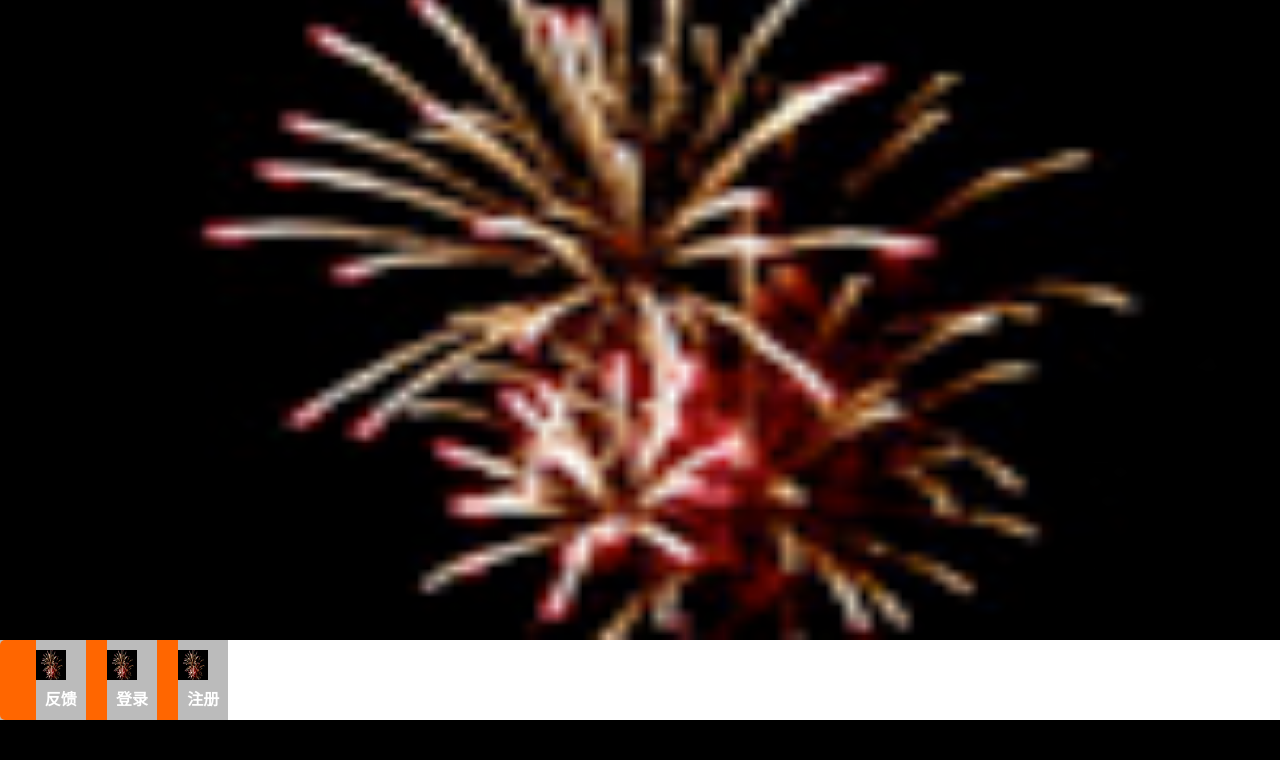
Repository: wangxinjun08231116/Html5Views
Page: WangXinJun/WebContent/htmls/QCF/shouye.html
An editor plug-in stored every save of this project. The page is shown before and after the next save, followed by the edit.
The browser window is 1280 px wide. The pictures show the whole page.

Above is the page before, as saved 2015-01-21 03:49:29.

### WangXinJun/WebContent/htmls/QCF/shouye.html
<!DOCTYPE HTML>
<html>
<head>
<meta http-equiv="Content-Type" content="text/html; charset=utf-8">
<title>test</title>
 <link href="/WangXinJun/css/QCF/shouye.css" rel="stylesheet" type="text/css"/>
</head>


<body>
<div class="container" >
        <img class = "image" src="/WangXinJun/images/js06/thumbnail_fireworks.jpg" >
        <div class="btContainer" >
		<div class="submit-div" >
					<a class="submit-btn">注册</a>
					<img class = "bottomImage" src="/WangXinJun/images/js06/thumbnail_fireworks.jpg" >

		</div>

		<div class="submit-div" >
			<a class="submit-btn">登录</a>
							<img class = "bottomImage" src="/WangXinJun/images/js06/thumbnail_fireworks.jpg" >

		</div>
		<div class="submit-div" >
			<a class="submit-btn">反馈</a>
							<img class = "bottomImage" src="/WangXinJun/images/js06/thumbnail_fireworks.jpg" >

		</div>



		</div>


</div>

</body>
</html>

### WangXinJun/WebContent/css/QCF/shouye.css

* {margin:0;padding:0;}

html{
	height:100%;width:100%;
}
body {height:100%;width:100%;background:#000;
}

.container {width:100%;height:100%;background:#fff;
	position:absolute;
}

.image{width:100%;height:100%;background:#ccc;
		position:absolute;
		bottom:80px;
}




.btContainer{width:214px;height:80px;background:#bbb;
	position:absolute;
	bottom:0px;
}

.submit-div {

    height:80px;
    background-color: #f60;
    border-radius: 5px;
    color: #fff;
    font-size: 16px;
    font-weight: bold;
    width:33.33%;
	float:right;
	color: #fff;
    font-size: 16px;
    text-align:center;
}

.bottomImage{width:30px;height:30px;background:#ccc;
	position:absolute;
	top:10px;
	text-align:center;

}

.submit-btn {
	//position:relative;
	position:absolute;
	width:50px;
    height:80px;
    line-height:120px;
    background-color: #bbb;
    color: #fff;
    font-size: 16px;
    font-weight: bold;
    font-size: 16px;
    text-align:center;

}

After the next save:
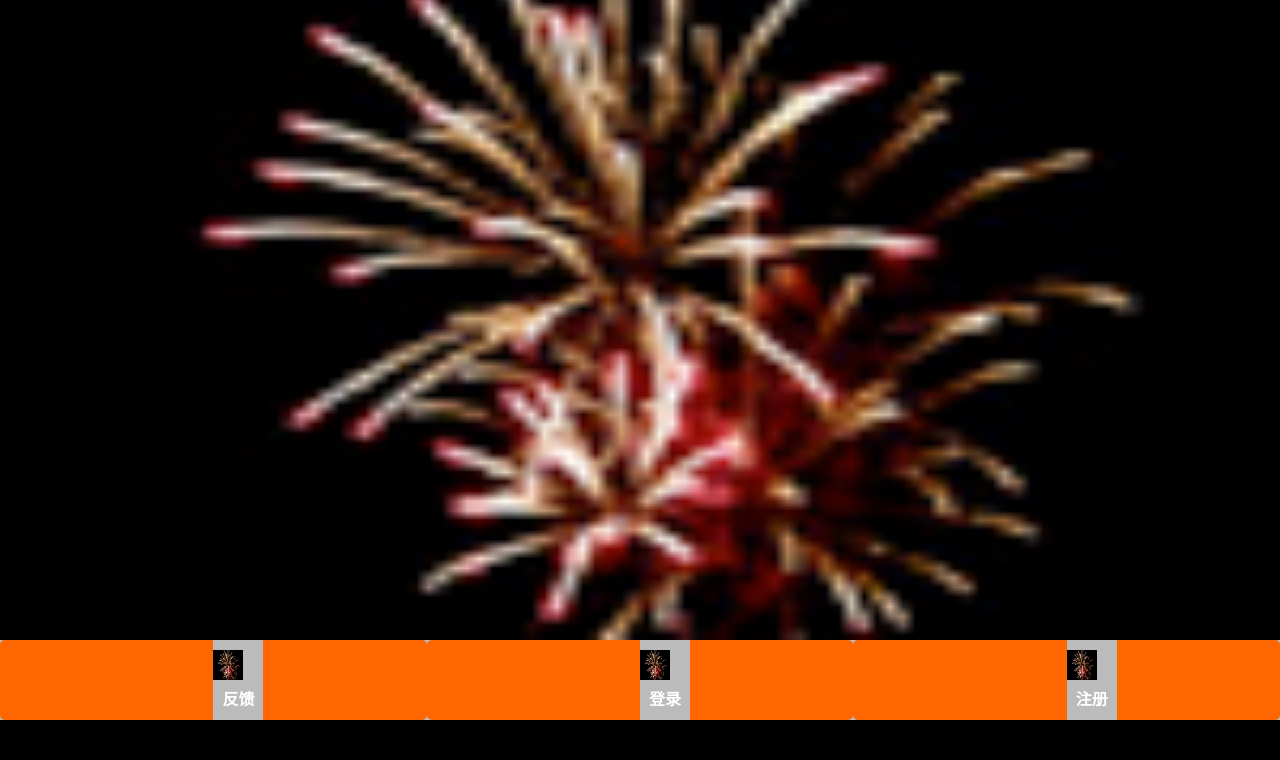
Saved 4 h 10 min later.
--- a/WangXinJun/WebContent/css/QCF/shouye.css
+++ b/WangXinJun/WebContent/css/QCF/shouye.css
@@ -19,7 +19,7 @@ body {height:100%;width:100%;background:#000;
 
 
 
-.btContainer{width:214px;height:80px;background:#bbb;
+.btContainer{width:100%;height:80px;background:#bbb;
 	position:absolute;
 	bottom:0px;
 }
